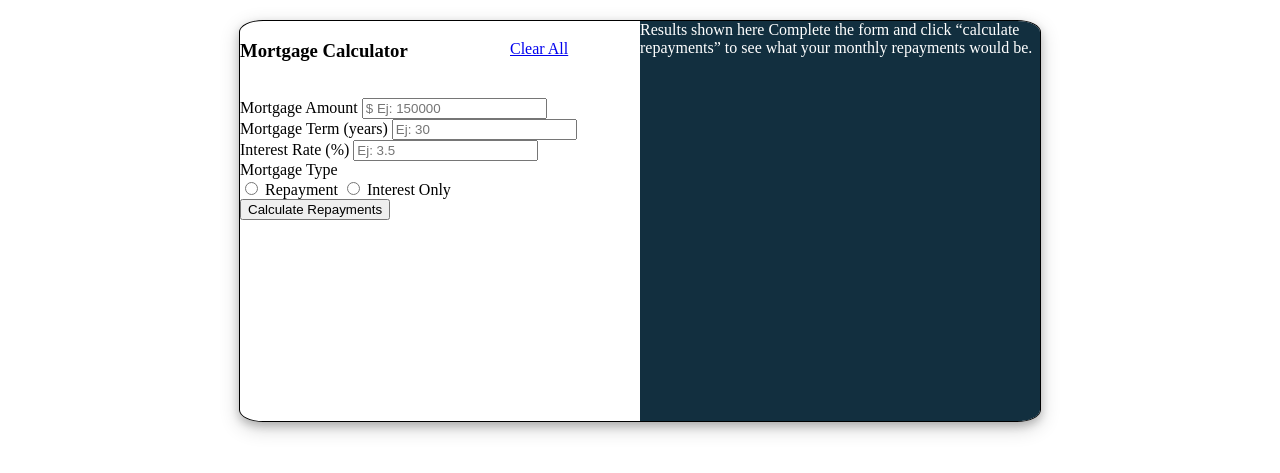
Repository: GravielPV/Mortgage-repayment-calculator
Page: index.html
An editor plug-in stored every save of this project. The page is shown before and after the next save, followed by the edit.
The browser window is 1280 px wide. The pictures show the whole page.

Above is the page before, as saved 2025-12-11 17:07:53.

After the next save:
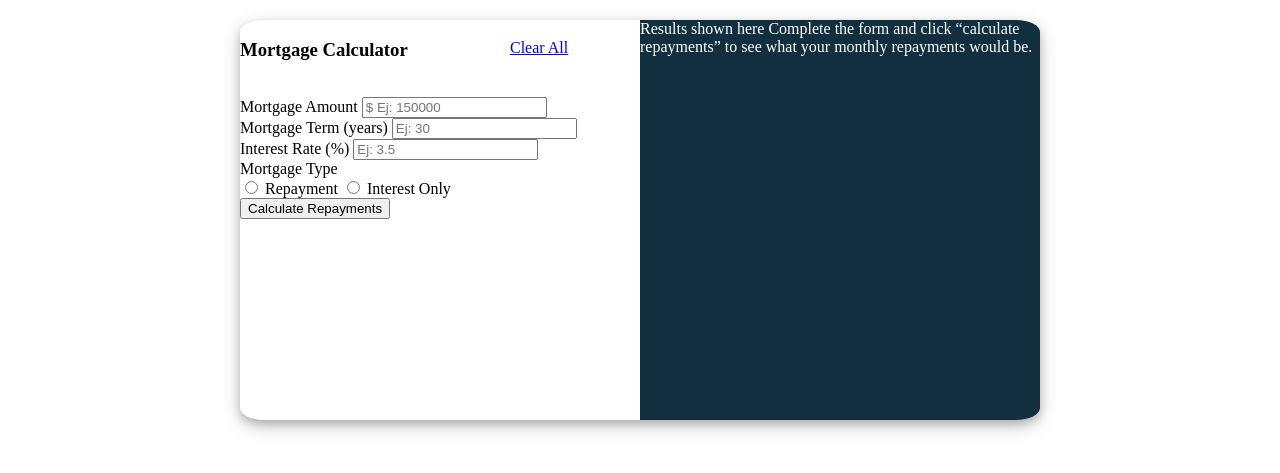
Saved 7 s later.
--- a/styles.css
+++ b/styles.css
@@ -4,7 +4,6 @@
 display: flex;
 margin: 20px auto;
 border-radius: 3%;
-border: 1px solid rgb(0, 0, 0);
  overflow: hidden;
  justify-content: space-between;
 box-shadow: 0 4px 8px 0 rgba(0, 0, 0, 0.2), 0 6px 20px 0 rgba(0, 0, 0, 0.19);
